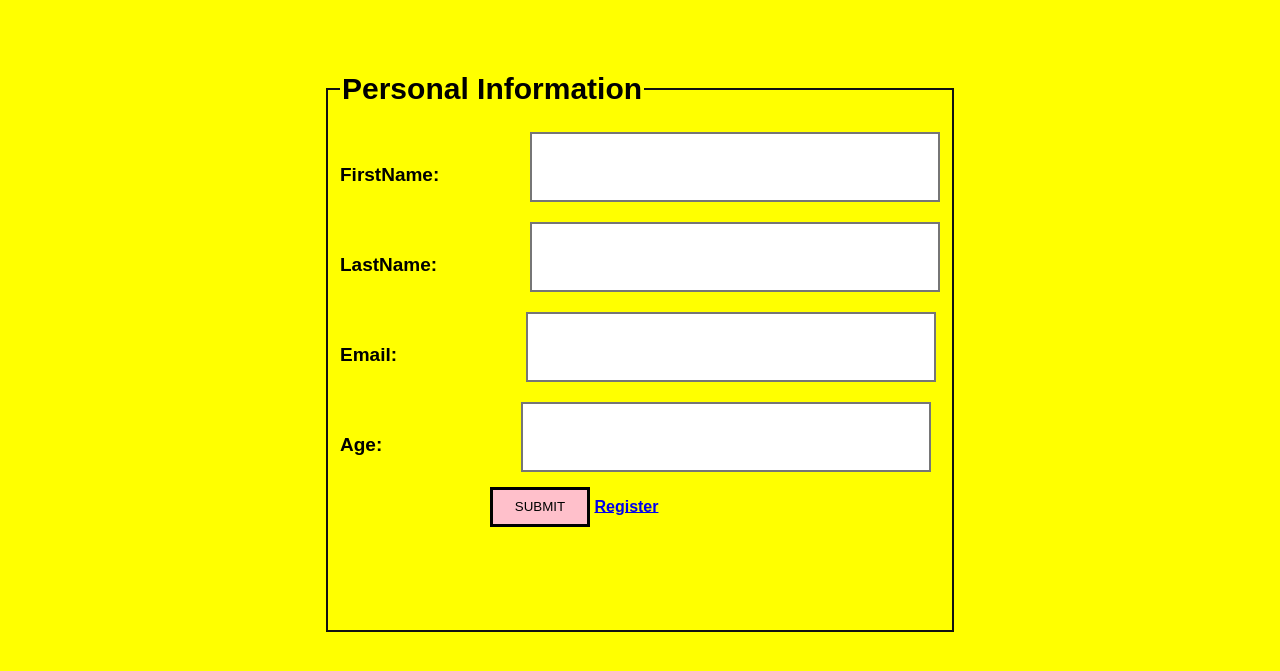
Repository: Femi007-gh/Legend
Page: index.html
The author's editor kept a copy of each file at every save. The page is drawn from the files as they stood at one save, then again after the next save.
The browser window is 1280 px wide. The pictures show the whole page.

Above is the page before, as saved 2025-04-08 09:32:22.

### index.html
<html>
  <head>
    <title>LEGEND</title>
    <link rel="stylesheet" href="style.css">
  </head>
  <body>
    <form>
      <fieldset class="field">
        <legend class="ld">Personal Information</legend>
        <label class="first">FirstName:</label>
        <input type="text" class="FN"><br>

        <label class="last">LastName:</label>
        <input type="text" class="LN"> <br>

        <label class="mail">Email:</label>
        <input type="text" class="email"> <br>

        <label class="yourage">Age:</label>
        <input type="text" class="age"> <br>
          <button class="sub" type="button">SUBMIT</button>
          <a href="loginpage.html">Register</a>
      </fieldset>
    </form>
  </body>
</html>

### style.css
body {
  font-family:Arial, Helvetica, sans-serif;
  font-weight: bold;
  display: flex;
  justify-content: center;
  align-items: center;
  background-color: yellow;
}

.ld {
  font-size: 30px;
}

.field {
  border: 2px solid #111;
  width: 600px;
  height: 540px;
}

.FN {
  margin-top: 20px;
  margin-left: 86px;
  border-style: solid;
  height: 70px;
  width: 410px;
  font-size: 40px;
}

.LN {
  margin-top: 20px;
  margin-left: 88px;
  border-style: solid;
  height: 70;
  width: 410px;
  font-size: 40px;
}

.email {
  margin-top: 20px;
  margin-left:125px;
  height: 70px;
  border-style: solid;
  width: 410px;
  font-size: 40px;
}

.age {
  margin-top: 20px;
  margin-left: 134px;
  border-style: solid;
  height: 70px;
  width: 410px;
  font-size: 40px;
}

input {
  background-color: white;
}

.sub {
  height: 40px;
  width: 100px;
  margin-left: 150px;
  margin-top: 15px;
  border: none;
  background-color: pink;
  border-style: solid;
  cursor: pointer;
}

.sub:hover {
  background-color: blue;
}

.first, .last, .mail, .yourage {
  font-size: 19px;
}

After the next save:
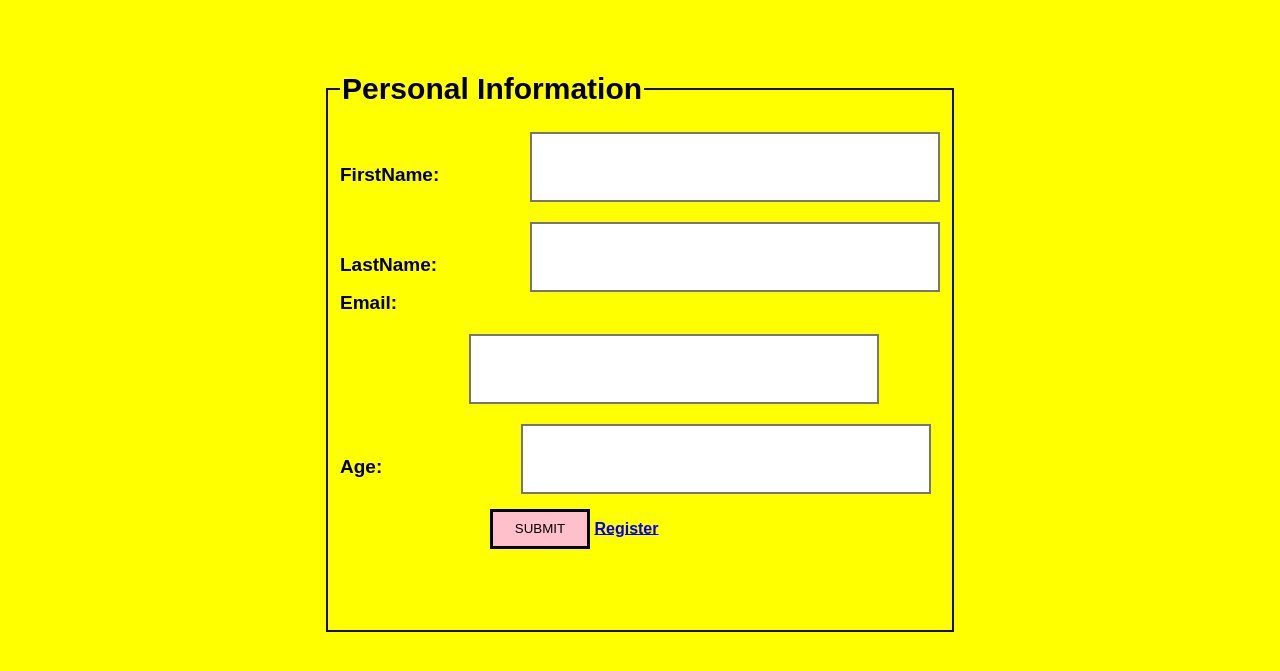
Saved 5 s later.
--- a/style.css
+++ b/style.css
@@ -37,7 +37,7 @@
 
 .email {
   margin-top: 20px;
-  margin-left:125px;
+  margin-left:129px;
   height: 70px;
   border-style: solid;
   width: 410px;

After the 3 saves that followed:
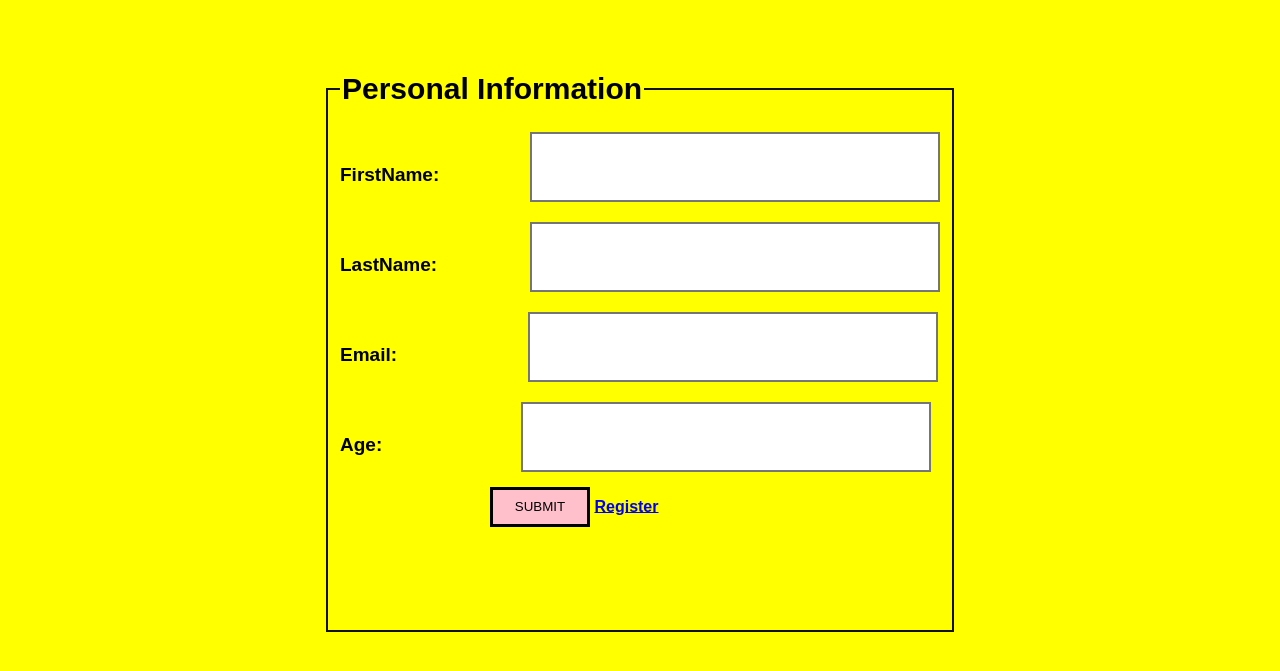
The 3 saves are shown as one change because they came seconds apart.
The last was saved 8 s later.
--- a/style.css
+++ b/style.css
@@ -37,7 +37,7 @@
 
 .email {
   margin-top: 20px;
-  margin-left:129px;
+  margin-left:127px;
   height: 70px;
   border-style: solid;
   width: 410px;
